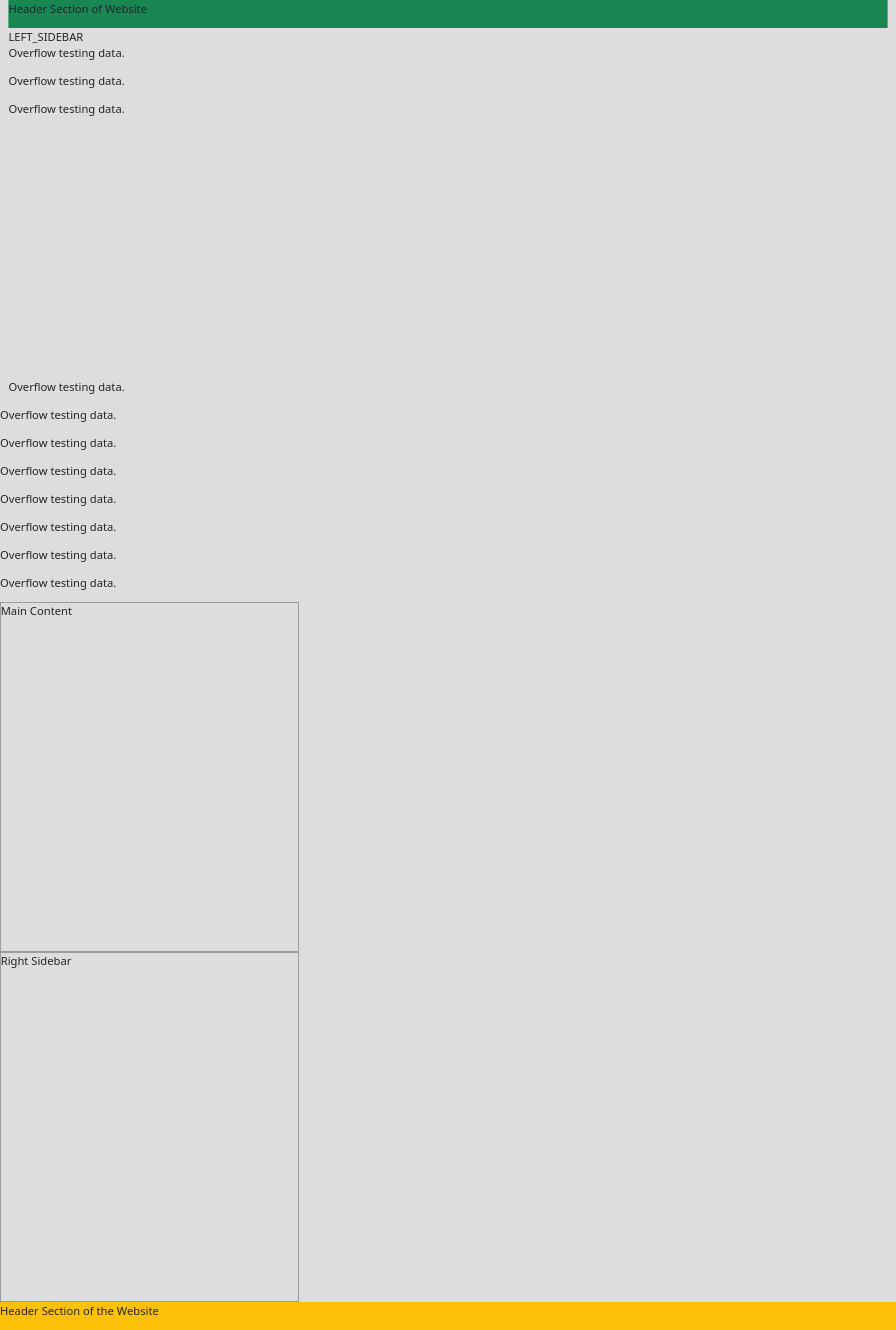
Repository: Dayvid0/BOOTSTRAP-TUTORIALS
Page: BOOTSTRAP-GRID-LAYOUTS/index.html
These files come from the project's save history. The page is drawn as it stood at one moment and after the next save; the edit follows.
The browser window is 1280 px wide. The pictures show the whole page, at 70% of full size.

Above is the page before, as saved 2025-01-24 10:54:43.

After the next save:
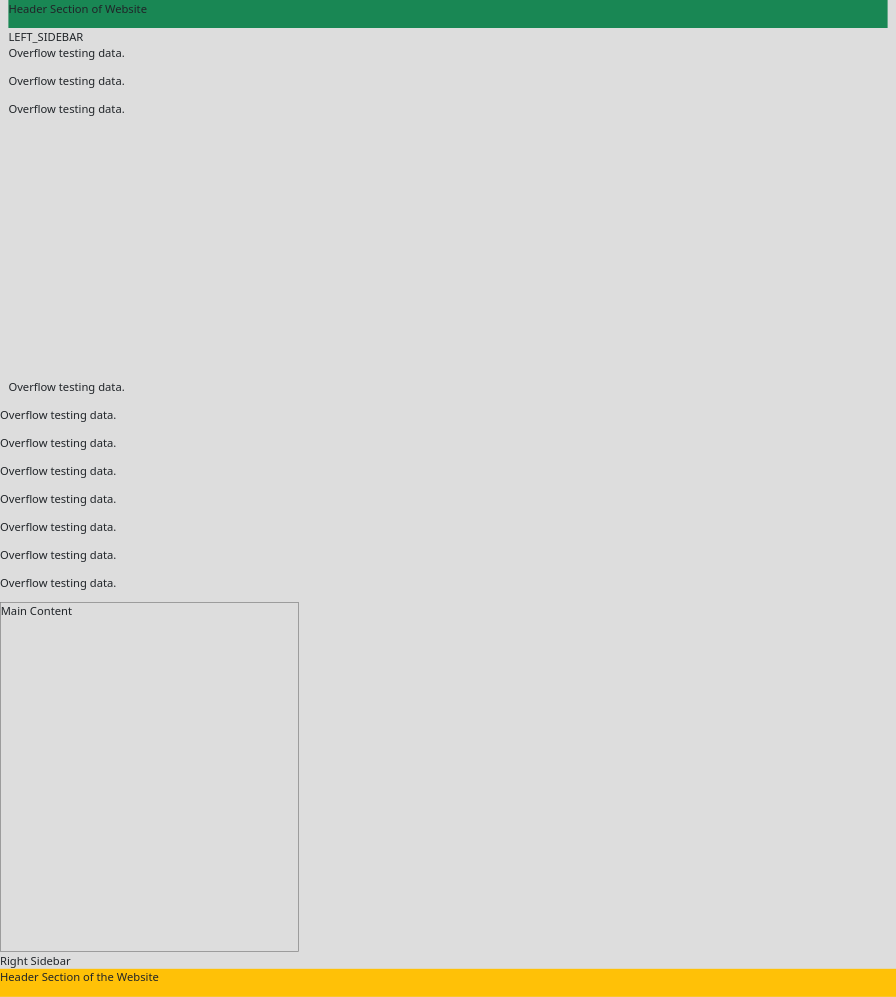
Saved 22 s later.
--- a/BOOTSTRAP-GRID-LAYOUTS/index.html
+++ b/BOOTSTRAP-GRID-LAYOUTS/index.html
@@ -42,7 +42,7 @@
         <div class="main-content col-4">
           Main Content
       </div>
-      <div class="main-content col-4 sidebar ">
+      <div class=" col-4 sidebar ">
         Right Sidebar
     </div>
     </div>
